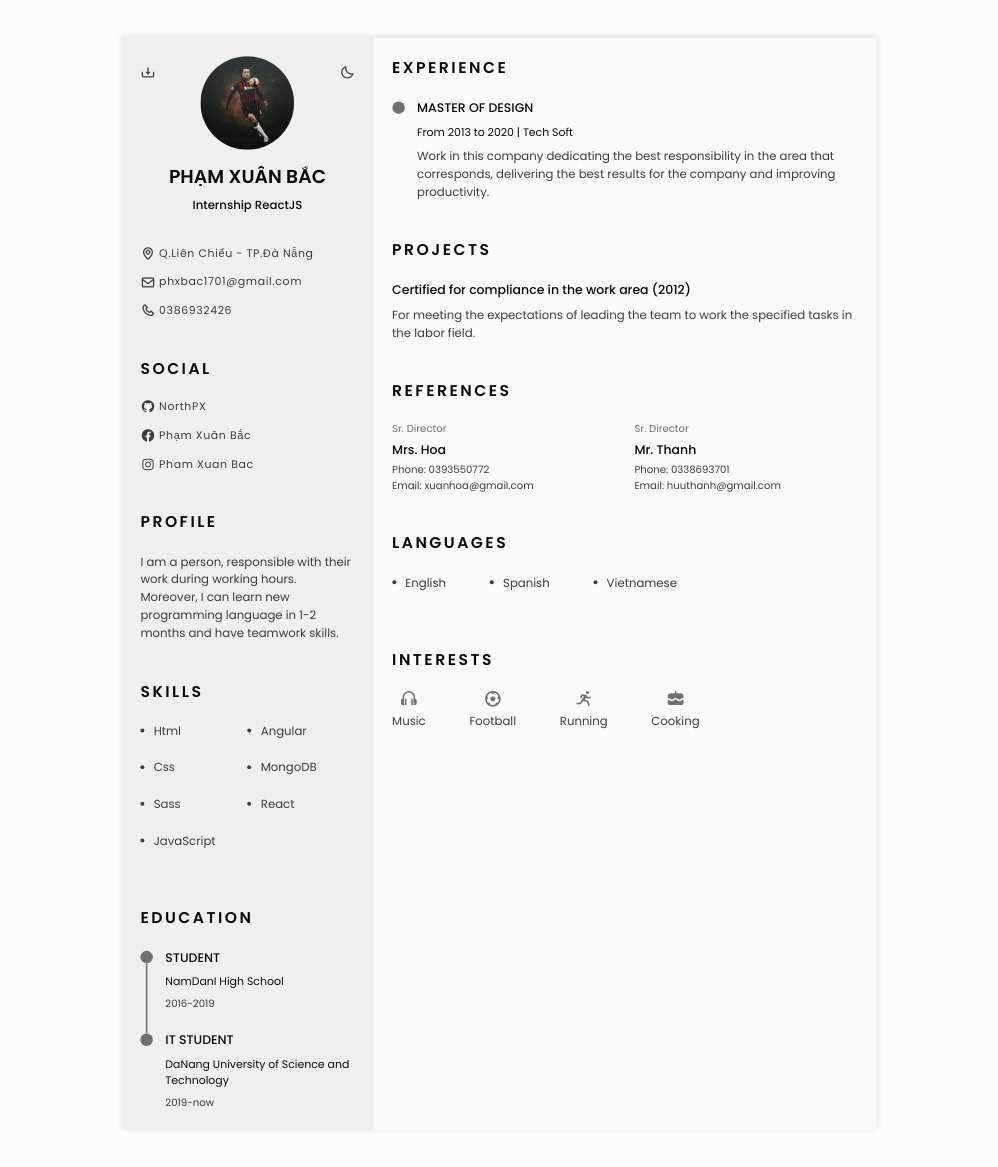
Repository: northpx/myCV
Page: index.html
These files come from the project's save history. The page is drawn as it stood at one moment and after the next save; the edit follows.
The browser window is 1280 px wide. The pictures show the whole page, at 78% of full size.

Above is the page before, as saved 2023-02-23 17:00:52.

After the next save:
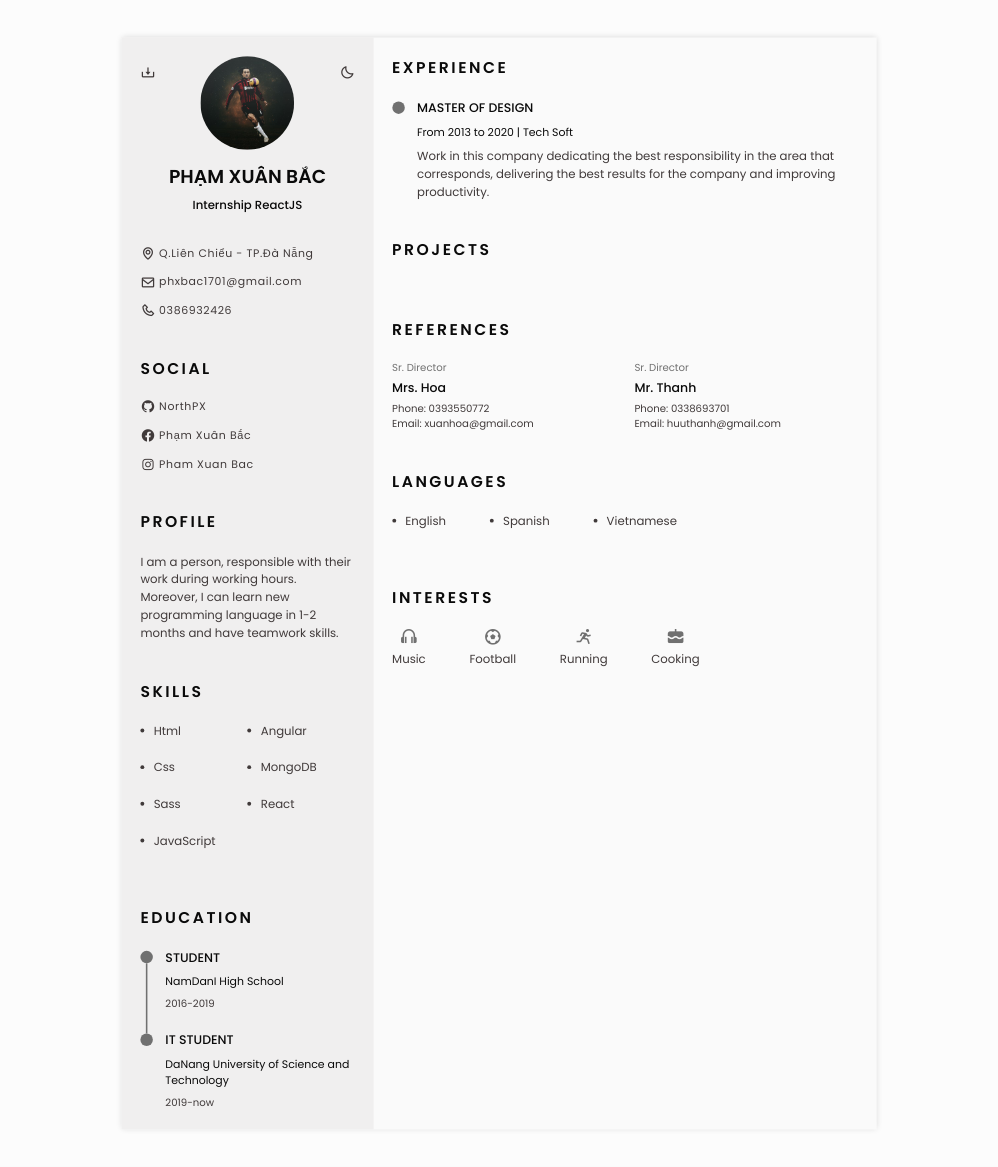
Saved 10 s later.
--- a/index.html
+++ b/index.html
@@ -227,8 +227,8 @@
                     <h2 class="section-title">projects</h2>
                     <div class="project__container bd-grid">
                         <div class="project__content">
-                            <h3 class="project__title">Certified for compliance in the work area (2012)</h3>
-                            <p class="project__description">For meeting the expectations of leading the team to work the specified tasks in the labor field.</p>
+                            <!-- <h3 class="project__title">Certified for compliance in the work area (2012)</h3>
+                            <p class="project__description">For meeting the expectations of leading the team to work the specified tasks in the labor field.</p> -->
                         </div>
 
                         <!-- <div class="project__content">
